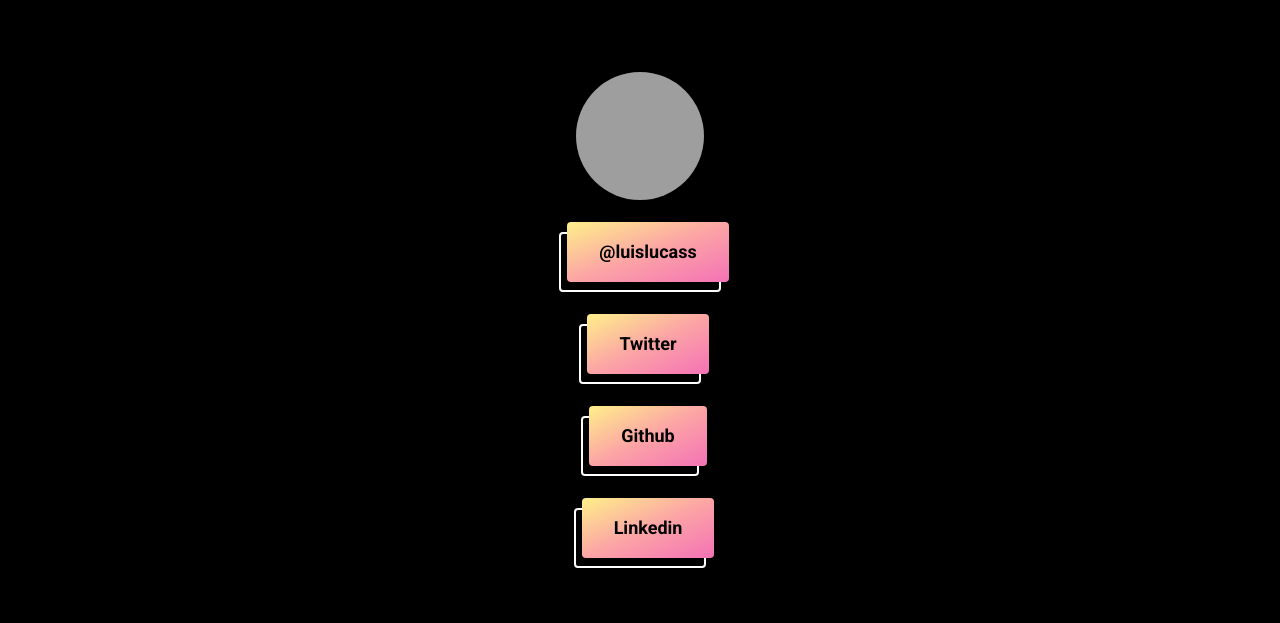
Repository: LuisSempre/link-to
Page: index.html
The author's editor kept a copy of each file at every save. The page is drawn from the files as they stood at one save, then again after the next save.
The browser window is 1280 px wide. The pictures show the whole page.
Pictures or frames that could not be fetched are drawn as grey boxes. Some web libraries are served in a nearby version.

Above is the page before, as saved 2022-07-05 22:18:17.

### index.html
<!DOCTYPE html>
<html lang="en">
    <head>
        <meta charset="UTF-8">
        <meta http-equiv="X-UA-Compatible" content="IE=edge">
        <meta name="viewport" content="width=device-width, initial-scale=1.0">
        <link rel="preconnect" href="https://fonts.googleapis.com">
        <link rel="preconnect" href="https://fonts.gstatic.com" crossorigin>
        <link
            href="https://fonts.googleapis.com/css2?family=Roboto:ital,wght@0,100;0,300;0,400;0,500;0,700;0,900;1,100;1,300;1,400;1,500;1,700;1,900&display=swap"
            rel="stylesheet">
        <script src="https://cdn.tailwindcss.com"></script>
        <title>Document</title>
    </head>
    <body style="font-family:Roboto">
        <div class="h-screen w-full bg-black flex items-center justify-center">
            <section class="relative">
                <div class="relative z-40 mx-auto h-full max-w-7xl px-10">
                    <div class="-mt-20 flex h-full w-full flex-col items-center
                        justify-center space-y-8">
                        <img
                            class="w-32 h-32 rounded-full"
                            src="https://media-exp1.licdn.com/dms/image/C4E03AQFxPhk96MlXfQ/profile-displayphoto-shrink_800_800/0/1657066015387?e=1662595200&v=beta&t=8l3NPv3_wh4v4q8p_mHKIiNLJlaeUFYIeHHBMLw4AEI"
                            alt="">
                        <a href="https://www.instagram.com/luislucass/" class="group relative w-full sm:w-auto">
                            <span class="absolute top-0 left-0 h-full w-full
                                rounded
                                border-2 border-white text-transparent">Twitter</span>
                            <span class="relative inline-block w-full
                                -translate-y-2.5 translate-x-2 transform rounded
                                bg-gradient-to-br from-yellow-200 via-red-300
                                to-pink-400 px-8 py-4 text-center text-lg
                                font-semibold transition-all duration-150
                                ease-linear group-hover:-translate-y-1.5
                                group-hover:translate-x-1.5 sm:w-auto
                                hover:text-white">@luislucass</span>
                        </a>
                        <a href="https://twitter.com/LuisLucass" class="group relative w-full sm:w-auto">
                            <span class="absolute top-0 left-0 h-full w-full
                                rounded
                                border-2 border-white text-transparent">Twitter</span>
                            <span class="relative inline-block w-full
                                -translate-y-2.5 translate-x-2 transform rounded
                                bg-gradient-to-br from-yellow-200 via-red-300
                                to-pink-400 px-8 py-4 text-center text-lg
                                font-semibold transition-all duration-150
                                ease-linear group-hover:-translate-y-1.5
                                group-hover:translate-x-1.5 sm:w-auto
                                hover:text-white">Twitter</span>
                        </a>
                        <a href="https://github.com/LuisSempre" class="group relative w-full sm:w-auto">
                            <span class="absolute top-0 left-0 h-full w-full
                                rounded
                                border-2 border-white text-transparent">Github</span>
                            <span class="relative inline-block w-full
                                -translate-y-2.5 translate-x-2 transform rounded
                                bg-gradient-to-br from-yellow-200 via-red-300
                                to-pink-400 px-8 py-4 text-center text-lg
                                font-semibold transition-all duration-150
                                ease-linear group-hover:-translate-y-1.5
                                group-hover:translate-x-1.5 sm:w-auto
                                hover:text-white">Github</span>
                        </a>
                        <a href="https://www.linkedin.com/in/luis-lucas-a5b30737/" class="group relative w-full sm:w-auto">
                            <span class="absolute top-0 left-0 h-full w-full
                                rounded
                                border-2 border-white text-transparent">Linkedin</span>
                            <span class="relative inline-block w-full
                                -translate-y-2.5 translate-x-2 transform rounded
                                bg-gradient-to-br from-yellow-200 via-red-300
                                to-pink-400 px-8 py-4 text-center text-lg
                                font-semibold transition-all duration-150
                                ease-linear group-hover:-translate-y-1.5
                                group-hover:translate-x-1.5 sm:w-auto
                                hover:text-white">Linkedin</span>
                        </a>
                    </div>
                </div>
            </section>
        </div>
    </body>
</html>

After the next save:
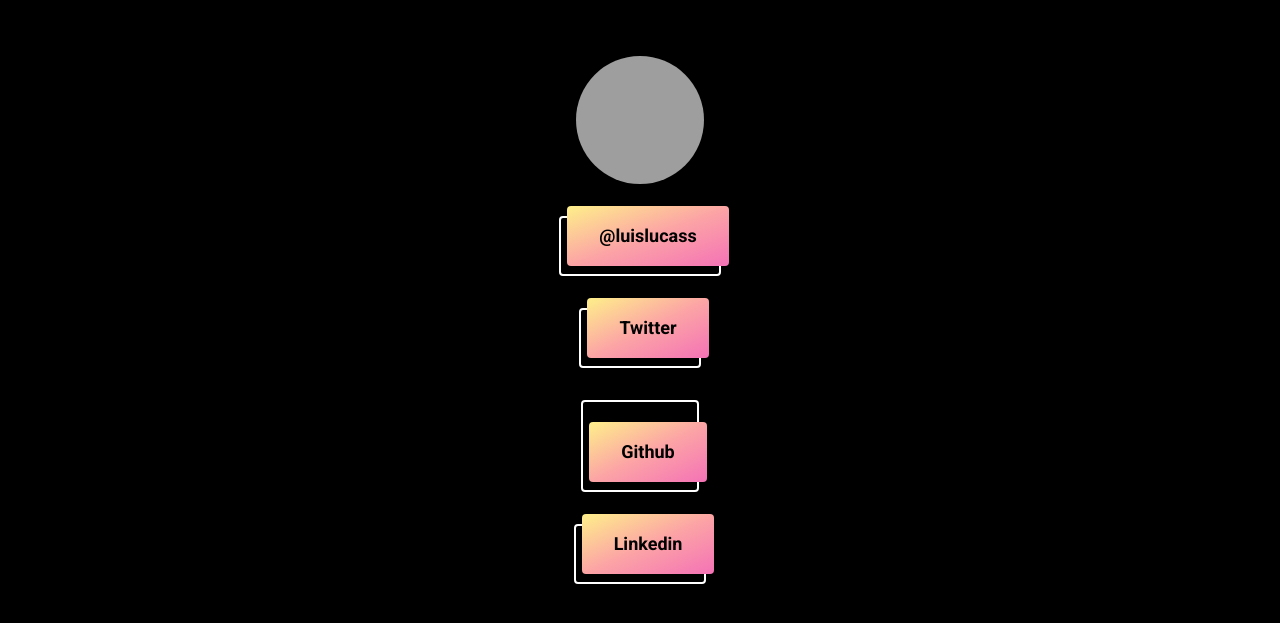
Saved 4 min 37 s later.
--- a/index.html
+++ b/index.html
@@ -49,6 +49,9 @@
                                 hover:text-white">Twitter</span>
                         </a>
                         <a href="https://github.com/LuisSempre" class="group relative w-full sm:w-auto">
+                            <svg height="32" aria-hidden="true" viewBox="0 0 16 16" version="1.1" width="32" data-view-component="true" class="octicon octicon-mark-github v-align-middle">
+                                <path fill-rule="evenodd" d="M8 0C3.58 0 0 3.58 0 8c0 3.54 2.29 6.53 5.47 7.59.4.07.55-.17.55-.38 0-.19-.01-.82-.01-1.49-2.01.37-2.53-.49-2.69-.94-.09-.23-.48-.94-.82-1.13-.28-.15-.68-.52-.01-.53.63-.01 1.08.58 1.23.82.72 1.21 1.87.87 2.33.66.07-.52.28-.87.51-1.07-1.78-.2-3.64-.89-3.64-3.95 0-.87.31-1.59.82-2.15-.08-.2-.36-1.02.08-2.12 0 0 .67-.21 2.2.82.64-.18 1.32-.27 2-.27.68 0 1.36.09 2 .27 1.53-1.04 2.2-.82 2.2-.82.44 1.1.16 1.92.08 2.12.51.56.82 1.27.82 2.15 0 3.07-1.87 3.75-3.65 3.95.29.25.54.73.54 1.48 0 1.07-.01 1.93-.01 2.2 0 .21.15.46.55.38A8.013 8.013 0 0016 8c0-4.42-3.58-8-8-8z"></path>
+                            </svg>
                             <span class="absolute top-0 left-0 h-full w-full
                                 rounded
                                 border-2 border-white text-transparent">Github</span>
